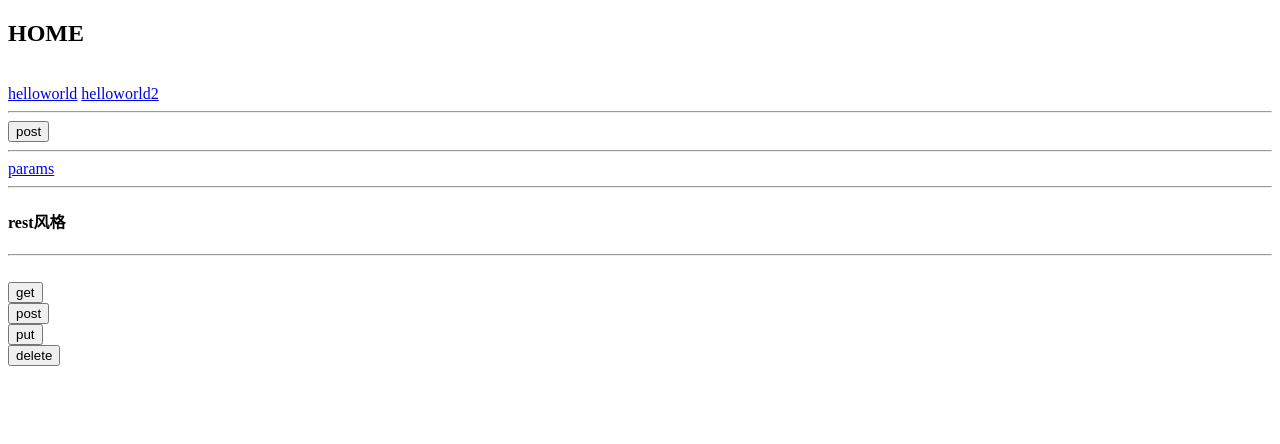
Repository: weiqilin66/workSpaceXD
Page: http://localhost/springmvc-1/
These files come from the project's save history. The page is drawn as it stood at one moment and after the next save; the edit follows.
The browser window is 1280 px wide. The pictures show the whole page.
The page is served by Tomcat 9. Other server files are loaded and not shown.

Above is the page before, as saved 2019-09-18 08:58:17.

### workspace/eclipseworkspace/ws01-study/springmvc-1/WebContent/index.jsp
<%@ page language="java" contentType="text/html; charset=utf-8"
    pageEncoding="UTF-8"%>
<!DOCTYPE html>
<html>
<head>
<meta charset="ISO-8859-1">
<title>Insert title here</title>
</head>
<body>
<h2>HOME</h2>
<br>
<a href="helloworld"> helloworld</a>
<a href="test/helloworld"> helloworld2</a>
<hr>
<!-- form表单指定method 默认是get -->
<form action="test/helloworldpost" method="post">
<input value="post" type="submit">
</form>
<hr>
<a href="test/params?username=joy&age=11"> params</a>
<hr>
<h4>rest风格</h4>
<hr>
<br>
<form action="rest/1" method="get">
<input type="submit" value="get">
</form>
<form action="rest" method="post">
<input type="submit" value="post">
</form>
<form action="rest/3" method="post">
<input  type="hidden" name="_method" value="put">
<input type="submit" value="put">
</form>
<form action="rest/4" method="post">
<input  type="hidden" name="_method" value="delete">
<input type="submit" value="delete">
</form>
<br>
<br>
<br>
<br>
<br>
<br>
</body>
</html>

After the next save:
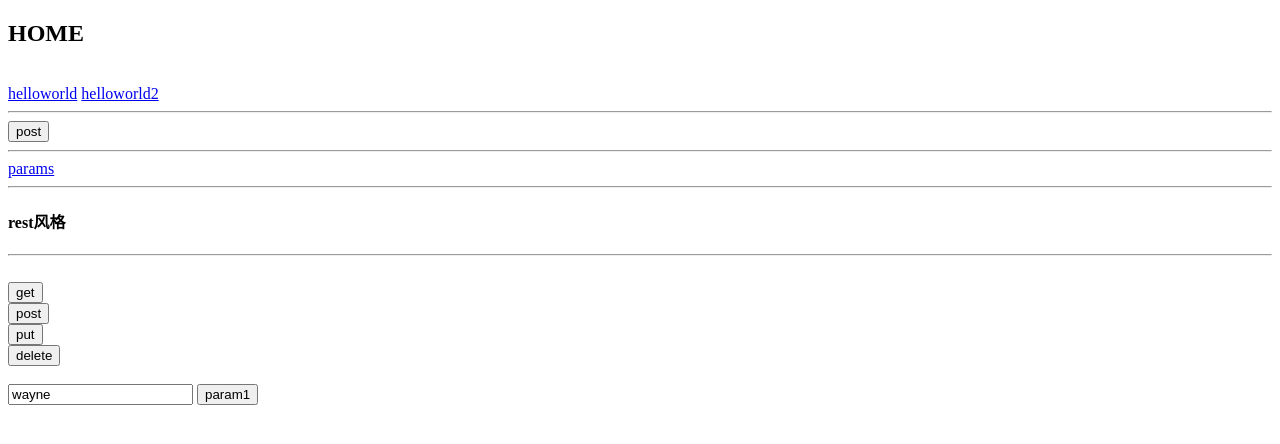
Saved 92 s later.
--- a/workspace/eclipseworkspace/ws01-study/springmvc-1/WebContent/index.jsp
+++ b/workspace/eclipseworkspace/ws01-study/springmvc-1/WebContent/index.jsp
@@ -37,6 +37,10 @@
 <input type="submit" value="delete">
 </form>
 <br>
+<form action="param1">
+<input type="text" value="wayne" name="username">
+<input type="submit" value="param1">
+</form>
 <br>
 <br>
 <br>
